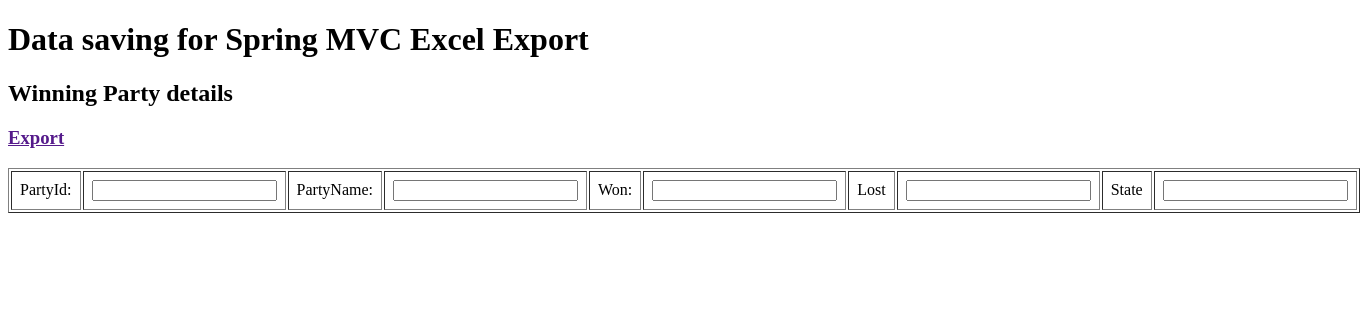
Repository: vitthaljambagi/Hackathon
Page: http://localhost/hackathonxworkz/view/Hackathon.jsp
An editor plug-in stored every save of this project. The page is shown before and after the next save, followed by the edit.
The browser window is 1280 px wide. The page is 1360 px wide, then 1280 px, so the pictures cover 1360 px, including what lies to the right of the window. The pictures show the whole page.
The page is served by Tomcat 9. Other server files are loaded and not shown.

Above is the page before, as saved 2019-05-24 06:56:06.

### hackathonxworkz/WebContent/view/Hackathon.jsp
<%@ page language="java" contentType="text/html; charset=ISO-8859-1"
    pageEncoding="ISO-8859-1"%>
<!DOCTYPE html PUBLIC "-//W3C//DTD HTML 4.01 Transitional//EN" "http://www.w3.org/TR/html4/loose.dtd">
<html>
<head>
<meta http-equiv="Content-Type" content="text/html; charset=ISO-8859-1">
<title>Welcom to Hackathon</title>
</head>
<body>
<h1>Data saving for Spring MVC Excel Export</h1>

	<h2>Winning Party details </h2>

	<h3><a href="">Export</a></h3>

	<table border="1px" cellpadding="8px">
		<tr>
			<td>PartyId:</td>
			<td><input type="text" name="partyId"></td>
			<td>PartyName:</td>
			<td><input type="text" name="partyName"></td>
			<td>Won:</td>
			<td><input type="text" name="won"></td>
			<td>Lost</td>
			<td><input type="text" name="lost"></td>
			<td>State</td>
			<td><input type="text" name="state"></td>
		</tr>


	</table>



</body>
</html>

After the next save:
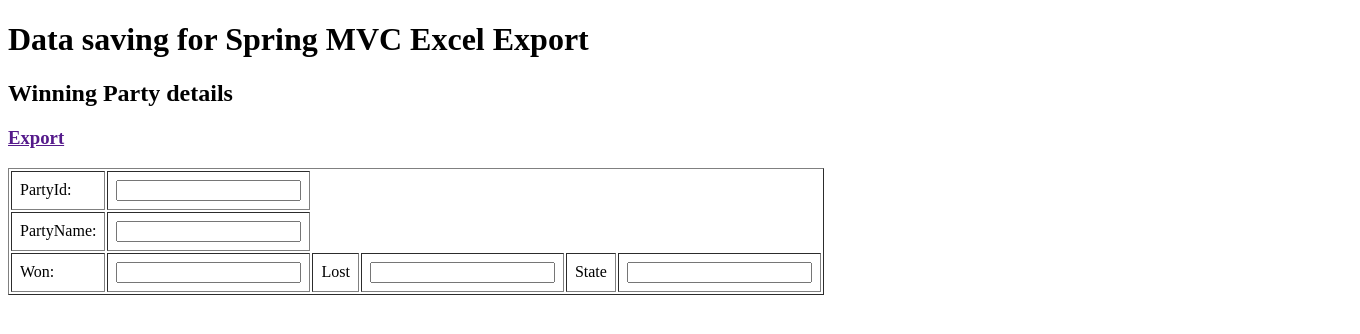
Saved 84 s later.
--- a/hackathonxworkz/WebContent/view/Hackathon.jsp
+++ b/hackathonxworkz/WebContent/view/Hackathon.jsp
@@ -17,8 +17,12 @@
 		<tr>
 			<td>PartyId:</td>
 			<td><input type="text" name="partyId"></td>
+		</tr>
+		<tr>
 			<td>PartyName:</td>
 			<td><input type="text" name="partyName"></td>
+		</tr>
+
 			<td>Won:</td>
 			<td><input type="text" name="won"></td>
 			<td>Lost</td>
